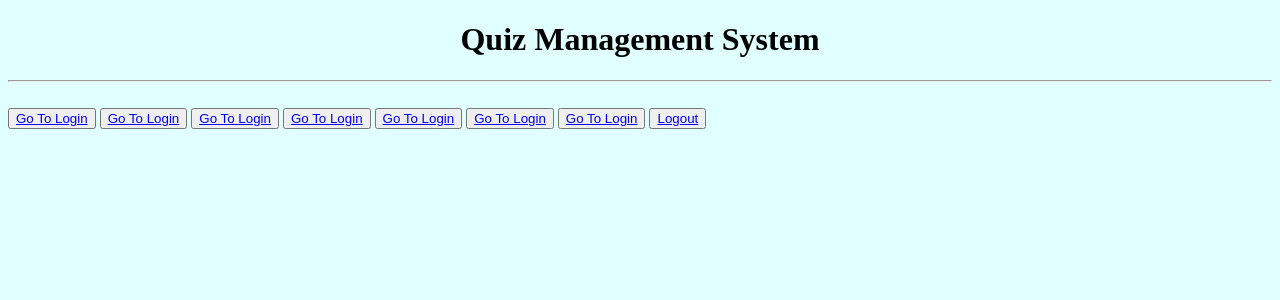
Repository: Rohitsenpai01/Quiz-Manangement-System
Page: http://localhost/WebQuizApp/admin.jsp
An editor plug-in stored every save of this project. The page is shown before and after the next save, followed by the edit.
The browser window is 1280 px wide. The pictures show the whole page.
The page is served by Tomcat 9.

Above is the page before, as saved 2025-12-29 06:48:28.

After the next save:
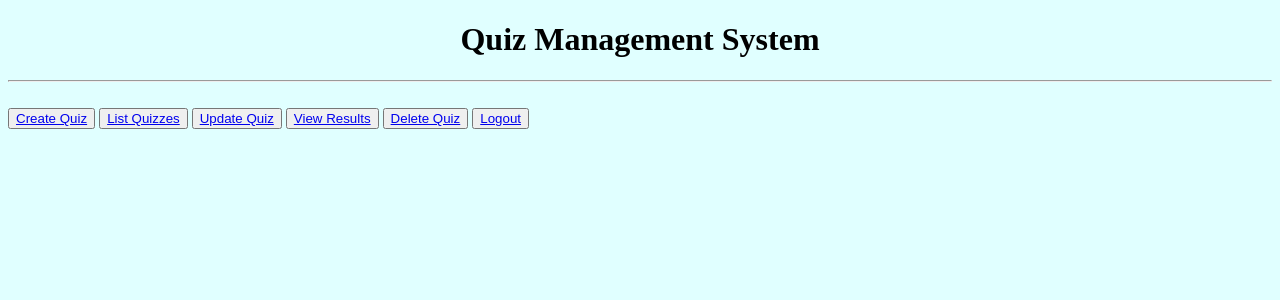
Saved 107 s later.
--- a/WebQuizApp/WebQuizApp/src/main/webapp/admin.jsp
+++ b/WebQuizApp/WebQuizApp/src/main/webapp/admin.jsp
@@ -8,13 +8,11 @@
 </head>
 <body bgcolor="${initParam.theme}">
 	<h1 style="text-align: center;">${initParam.appTitle}</h1><hr><br>
-	<button><a href="index.jsp">Go To Login</a></button>
-	<button><a href="index.jsp">Go To Login</a></button>
-	<button><a href="index.jsp">Go To Login</a></button>
-	<button><a href="index.jsp">Go To Login</a></button>
-	<button><a href="index.jsp">Go To Login</a></button>
-	<button><a href="index.jsp">Go To Login</a></button>
-	<button><a href="index.jsp">Go To Login</a></button>
+	<button><a href="index.jsp">Create Quiz</a></button>
+	<button><a href="index.jsp">List Quizzes</a></button>
+	<button><a href="index.jsp">Update Quiz</a></button>
+	<button><a href="index.jsp">View Results</a></button>
+	<button><a href="index.jsp">Delete Quiz</a></button>
 	<button><a href="logout.jsp">Logout</a></button>
 </body>
 </html>
